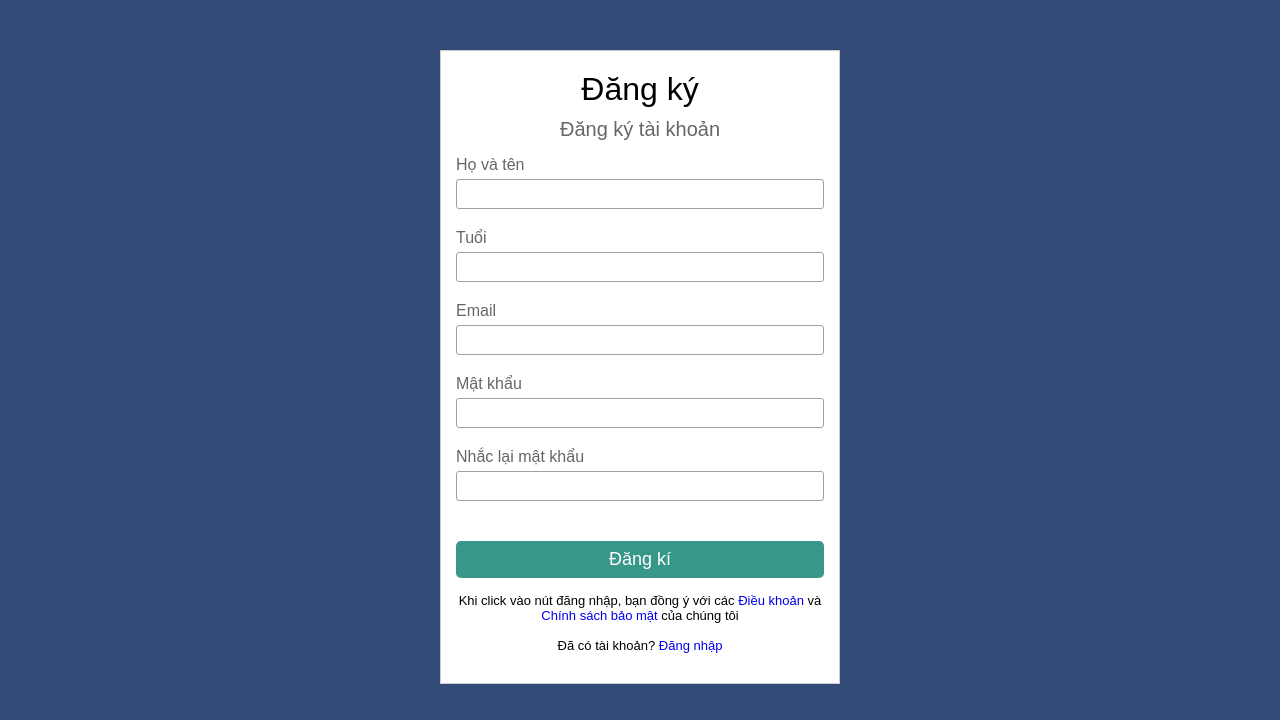
Repository: Ngoc28/HTML-CSS
Page: form/index.html
These files come from the project's save history. The page is drawn as it stood at one moment and after the next save; the edit follows.
The browser window is 1280 px wide. The pictures show the whole page.

Above is the page before, as saved 2023-08-05 15:23:38.

After the next save:
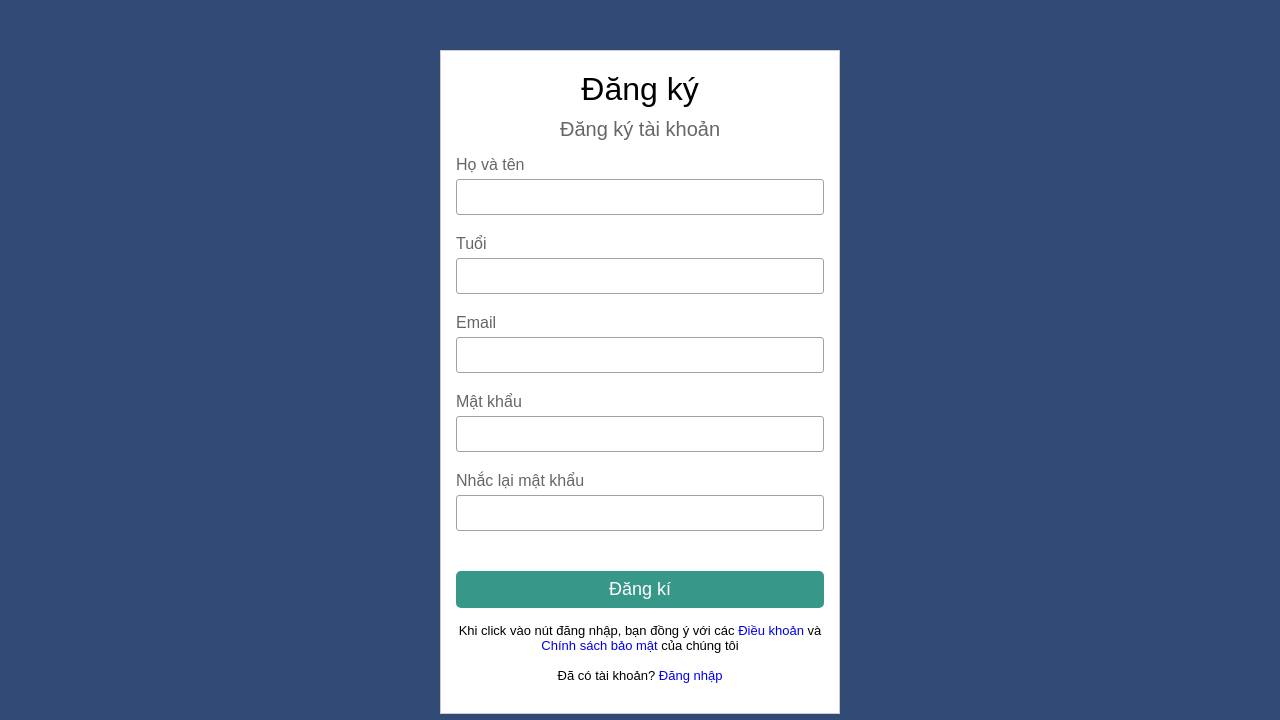
Saved 54 s later.
--- a/form/styles.css
+++ b/form/styles.css
@@ -52,7 +52,7 @@ body {
 
 .block-form input {
     width: 100%;
-    padding: 5px;
+    padding: 8px;
     font-size: 16px;
     border-radius: 3px;
     border: 1px solid #a2a1a1;
